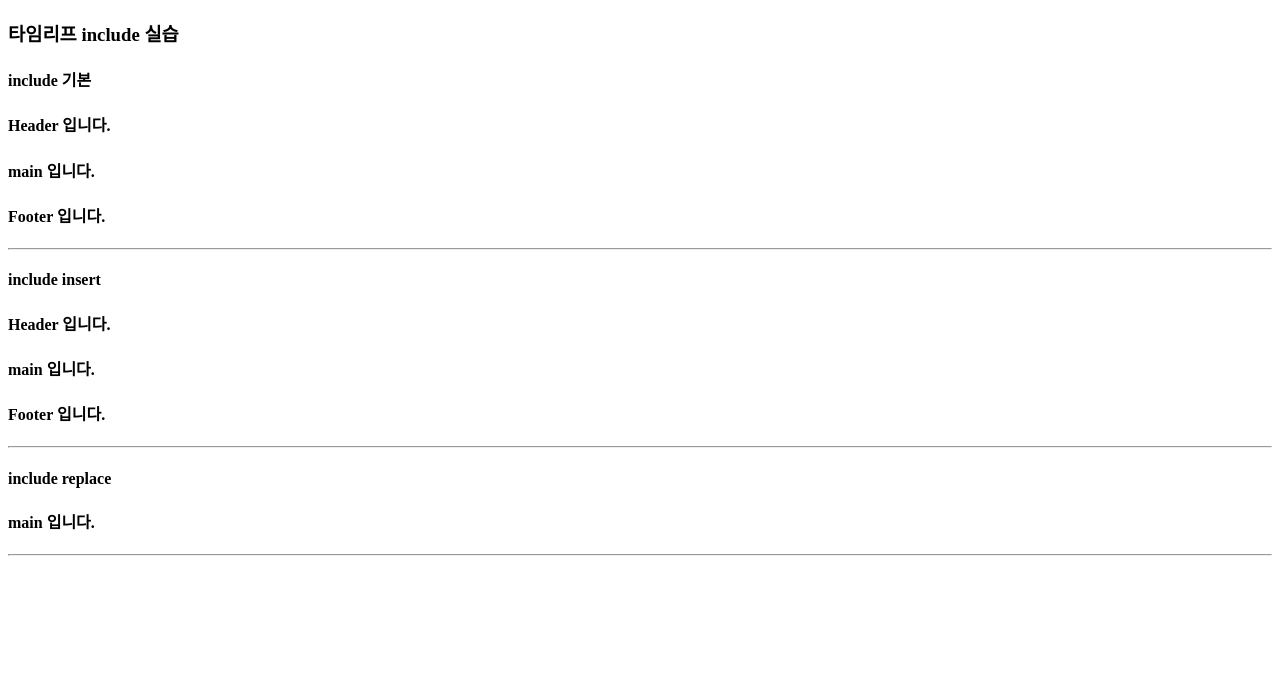
Repository: vhfl1/SpringBoot
Page: http://localhost/include
An editor plug-in stored every save of this project. The page is shown before and after the next save, followed by the edit.
The browser window is 1280 px wide. The pictures show the whole page.
The page is this project's Thymeleaf template; nobody is signed in. The template is opened directly, without the code that normally fills it, so the values that code supplies are empty.

Above is the page before, as saved 2023-01-10 02:14:34.

After the next save:
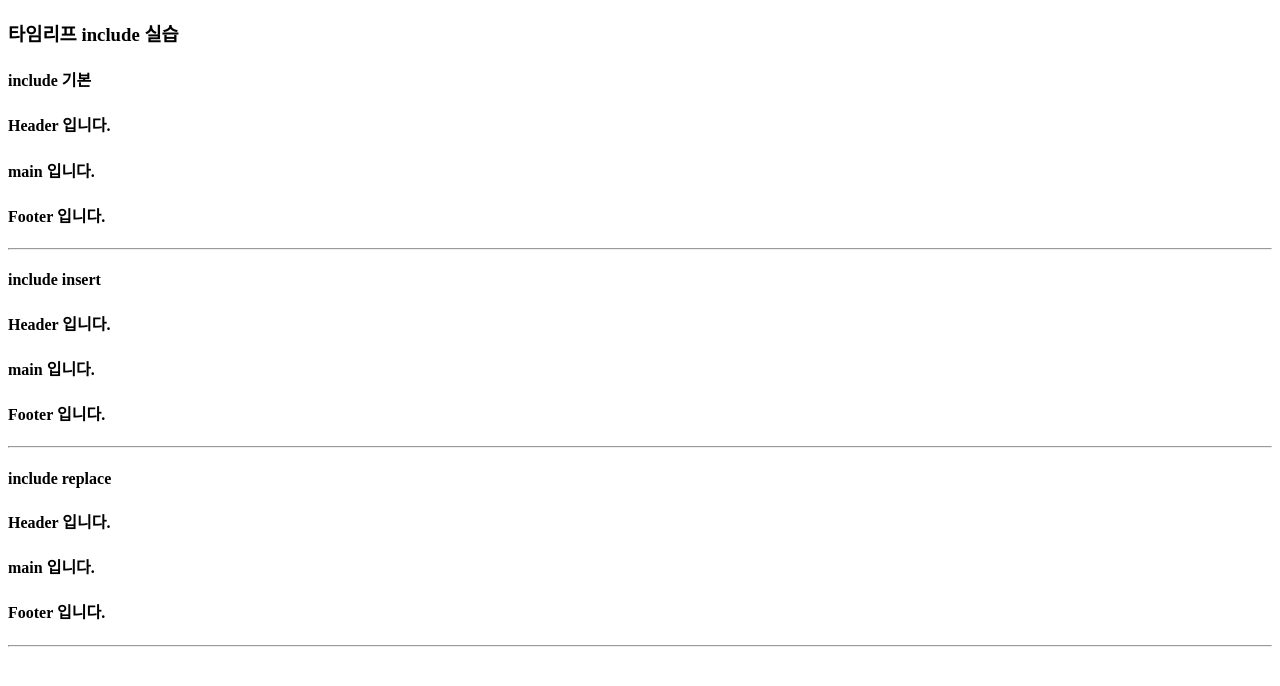
Saved 96 s later.
--- a/Ch06/src/main/resources/templates/include.html
+++ b/Ch06/src/main/resources/templates/include.html
@@ -26,9 +26,12 @@
 		<hr>
 
 		<h4>include replace</h4>
+
+		<div th:replace="/fragment/_header.html"></div>
 		<main>
 			<h4>main 입니다.</h4>
 		</main>
+		<div th:replace="/fragment/_footer.html"></div>
 		<hr>
 
 	</body>
